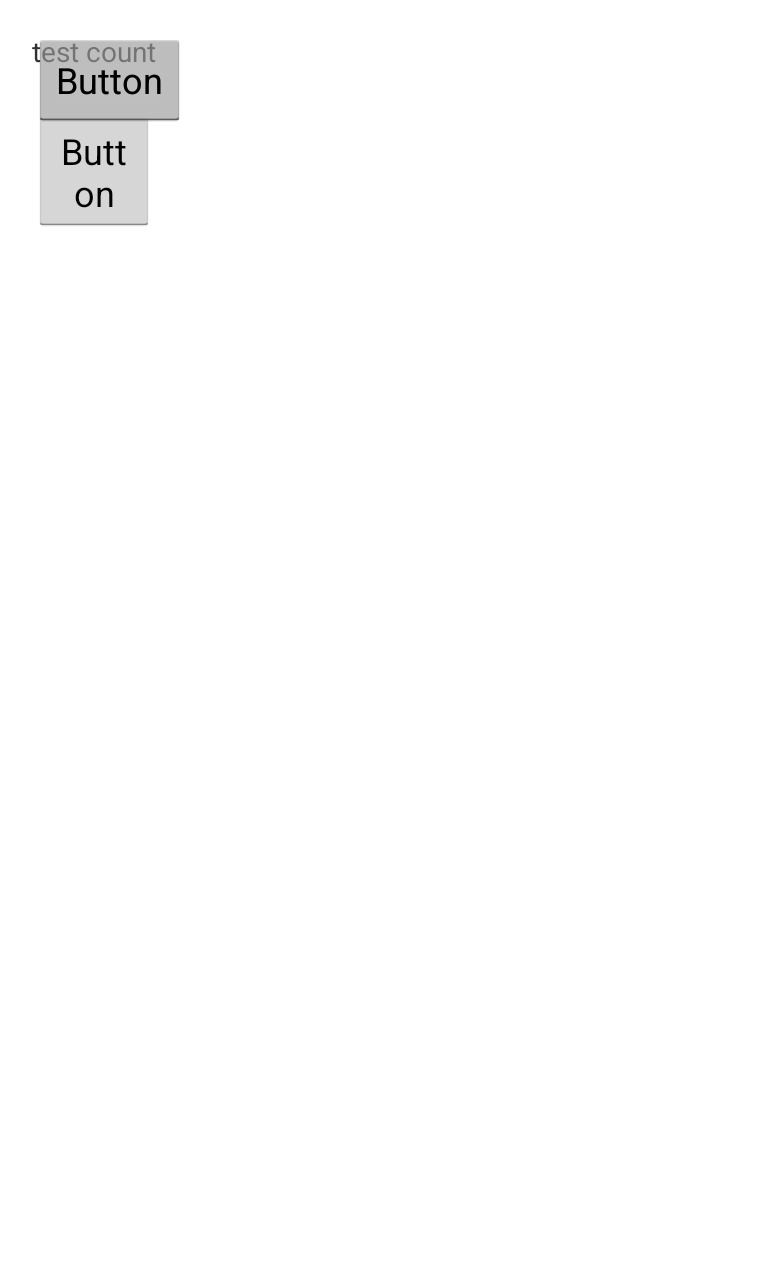
Repository: sparrow1058/AppTest
Layout: BindService/res/layout/activity_main.xml
These files come from the project's save history. The layout is drawn as it stood at one moment and after the next save; the edit follows.
It is drawn on a 768 x 1280 px phone screen (xhdpi) without system bars, with theme AppTheme; the app's code is not run.

Above is the layout before, as saved 2015-08-24 08:26:34.

### BindService/res/layout/activity_main.xml
<RelativeLayout xmlns:android="http://schemas.android.com/apk/res/android"
    xmlns:tools="http://schemas.android.com/tools"
    android:layout_width="match_parent"
    android:layout_height="match_parent"
    android:paddingBottom="@dimen/activity_vertical_margin"
    android:paddingLeft="@dimen/activity_horizontal_margin"
    android:paddingRight="@dimen/activity_horizontal_margin"
    android:paddingTop="@dimen/activity_vertical_margin"
    tools:context=".MainActivity" >

    <TextView
        android:id="@+id/textView1"
        android:layout_width="wrap_content"
        android:layout_height="wrap_content"
        android:text="test count" />

    <Button
        android:id="@+id/bind"
        android:layout_width="wrap_content"
        android:layout_height="wrap_content"
        android:layout_alignRight="@+id/textView1"
        android:layout_below="@+id/textView1"
        android:layout_marginTop="20dp"
        android:text="Button" />

    <Button
        android:id="@+id/unbind"
        android:layout_width="wrap_content"
        android:layout_height="wrap_content"
        android:layout_alignRight="@+id/button1"
        android:layout_below="@+id/button1"
        android:text="Button" />

    <Button
        android:id="@+id/getcount"
        android:layout_width="wrap_content"
        android:layout_height="wrap_content"
        android:layout_alignLeft="@+id/button2"
        android:layout_below="@+id/button2"
        android:text="Button" />

</RelativeLayout>

Loaded but not shown: BindService/res/values/styles.xml (common file); BindService/res/values-v11/styles.xml (common file); BindService/res/values-v14/styles.xml (common file); BindService/res/values/dimens.xml (common file)

After the next save:
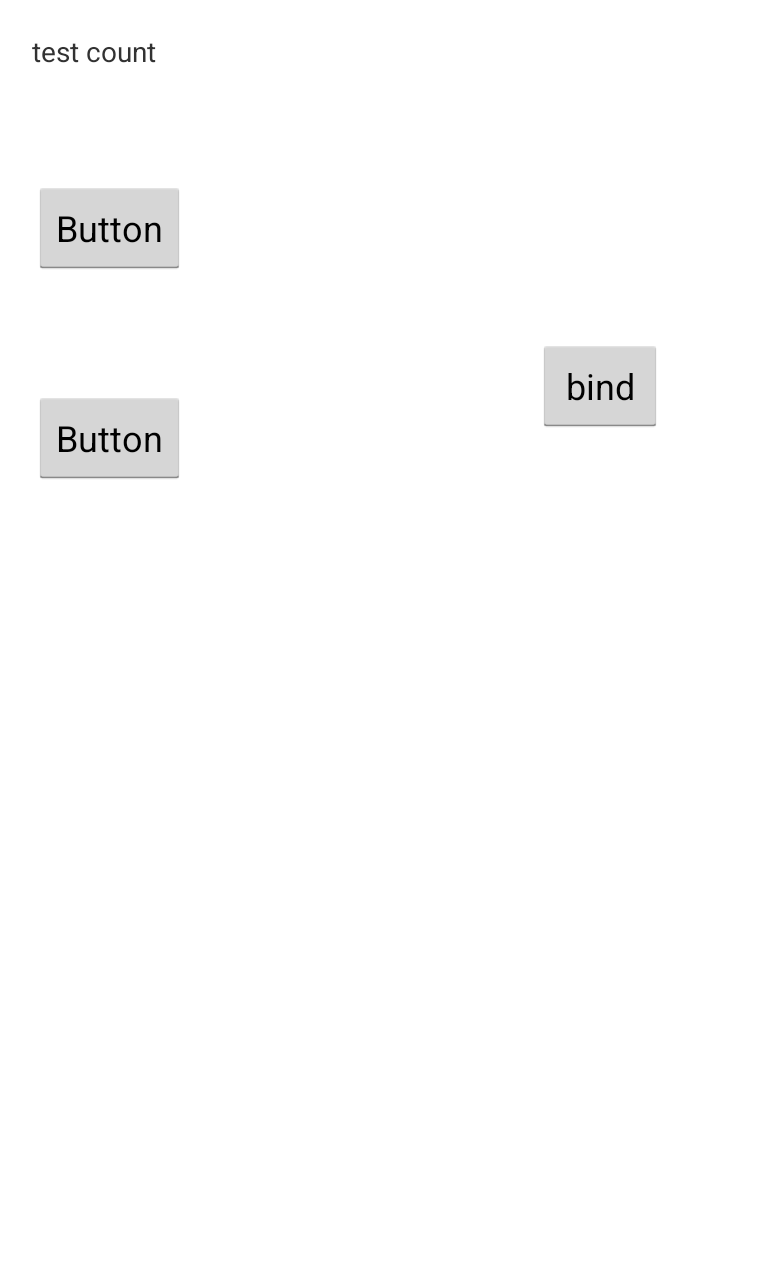
Saved 4 min 42 s later.
--- a/BindService/res/layout/activity_main.xml
+++ b/BindService/res/layout/activity_main.xml
@@ -18,25 +18,28 @@
         android:id="@+id/bind"
         android:layout_width="wrap_content"
         android:layout_height="wrap_content"
-        android:layout_alignRight="@+id/textView1"
-        android:layout_below="@+id/textView1"
-        android:layout_marginTop="20dp"
+        android:layout_alignParentRight="true"
+        android:layout_below="@+id/unbind"
+        android:layout_marginRight="36dp"
+        android:layout_marginTop="31dp"
+        android:text="bind" />
+
+    <Button
+        android:id="@+id/getcount"
+        android:layout_width="wrap_content"
+        android:layout_height="wrap_content"
+        android:layout_alignLeft="@+id/textView1"
+        android:layout_alignTop="@+id/bind"
+        android:layout_marginTop="26dp"
         android:text="Button" />
 
     <Button
         android:id="@+id/unbind"
         android:layout_width="wrap_content"
         android:layout_height="wrap_content"
-        android:layout_alignRight="@+id/button1"
-        android:layout_below="@+id/button1"
-        android:text="Button" />
-
-    <Button
-        android:id="@+id/getcount"
-        android:layout_width="wrap_content"
-        android:layout_height="wrap_content"
-        android:layout_alignLeft="@+id/button2"
-        android:layout_below="@+id/button2"
+        android:layout_alignLeft="@+id/getcount"
+        android:layout_below="@+id/textView1"
+        android:layout_marginTop="55dp"
         android:text="Button" />
 
 </RelativeLayout>
